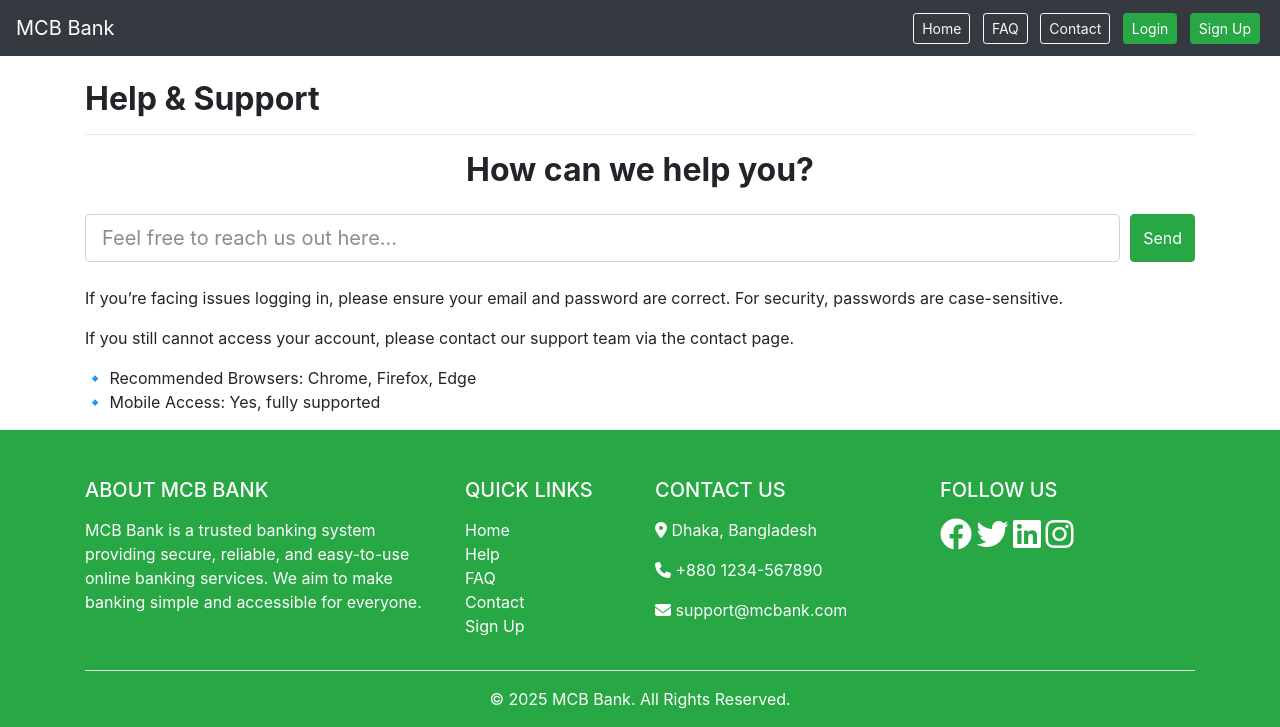
Repository: mhbshimla/my-bank
Page: http://localhost/help.php
An editor plug-in stored every save of this project. The page is shown before and after the next save, followed by the edit.
The browser window is 1280 px wide. The pictures show the whole page.
The page is run by PHP 8.4 with error messages shown; the project is at /var/www/html/.

Above is the page before, as saved 2025-10-20 21:50:44.

### help.php
<?php
$con = new mysqli('localhost', 'root', '', 'mybank');
$confirmation = "";

if ($_SERVER['REQUEST_METHOD'] === 'POST' && isset($_POST['message'])) {
  $message = $con->real_escape_string($_POST['message']);
  $query = "INSERT INTO contact_messages (name, email, message) VALUES ('Anonymous', 'anonymous@mcb.com', '$message')";
  if ($con->query($query)) {
    $confirmation = "<div class='alert alert-success text-center'>Thank you for reaching out. We'll get back to you soon.</div>";
  }
}
?>
<!DOCTYPE html>
<html>
<head>
  <title>Help - MCB Bank</title>
  <?php require 'assets/autoloader.php'; ?>
</head>
<body>
<nav class="navbar navbar-expand-lg navbar-dark bg-dark">
  <a class="navbar-brand" href="home.php">MCB Bank</a>
  <div class="ml-auto">
    <a href="home.php" class="btn btn-outline-light btn-sm mx-1">Home</a>
    <!-- <a href="aboutourbank.php" class="btn btn-outline-light btn-sm mx-1">About Us</a> -->
    <a href="faq.php" class="btn btn-outline-light btn-sm mx-1">FAQ</a>
    <!-- <a href="help.php" class="btn btn-outline-light btn-sm mx-1">Help</a> -->
    <a href="contact.php" class="btn btn-outline-light btn-sm mx-1">Contact</a>
    <a href="login.php" class="btn btn-success btn-sm mx-1">Login</a>
     <a href="signup.php" class="btn btn-success btn-sm mx-1">Sign Up</a>
  </div>
</nav>

<div class="container mt-4">
  <h2><strong>Help & Support</strong></h2>
  <hr>
    <h2 class="text-center mb-4"><strong>How can we help you?</strong></h2>
    <?= $confirmation ?>
  <form method="POST" action="help.php">
    <div class="d-flex input-group-lg mb-4" style="gap: 10px;">
      <input type="text" name="message" class="form-control" placeholder="Feel free to reach us out here..." required>
      <button type="submit" class="btn btn-success">Send</button>
    </div>
  </form>
  <p>
    If you’re facing issues logging in, please ensure your email and password are correct.
    For security, passwords are case-sensitive.
  </p>
  <p>
    If you still cannot access your account, please contact our support team via the contact page.
  </p>
  <p>
    🔹 Recommended Browsers: Chrome, Firefox, Edge<br>
    🔹 Mobile Access: Yes, fully supported
  </p>
</div>

<!-- <footer class="bg-dark text-white text-center py-3">
  &copy; <?php echo date("Y"); ?> MCB Bank. All Rights Reserved.
</footer> -->
<footer class="bg-success text-white pt-5 pb-3 mt-auto">
  <div class="container">
    <div class="row">

      <!-- About Section -->
      <div class="col-md-4">
        <h5 class="text-uppercase mb-3">About MCB Bank</h5>
        <p>
          MCB Bank is a trusted banking system providing secure,
          reliable, and easy-to-use online banking services. We aim to make
          banking simple and accessible for everyone.
        </p>
      </div>

      <!-- Quick Links -->
      <div class="col-md-2">
        <h5 class="text-uppercase mb-3">Quick Links</h5>
        <ul class="list-unstyled">
          <li><a href="home.php" class="text-white text-decoration-none">Home</a></li>
          <li><a href="help.php" class="text-white text-decoration-none">Help</a></li>
          <li><a href="faq.php" class="text-white text-decoration-none">FAQ</a></li>
          <li><a href="contact.php" class="text-white text-decoration-none">Contact</a></li>
          <li><a href="signup.php" class="text-white text-decoration-none">Sign Up</a></li>
        </ul>
      </div>

      <!-- Contact Info -->
      <div class="col-md-3">
        <h5 class="text-uppercase mb-3">Contact Us</h5>
        <p><i class="fas fa-map-marker-alt"></i> Dhaka, Bangladesh</p>
        <p><i class="fas fa-phone"></i> +880 1234-567890</p>
        <p><i class="fas fa-envelope"></i> support@mcbank.com</p>
      </div>

      <!-- Social Media -->
      <div class="col-md-3">
        <h5 class="text-uppercase mb-3">Follow Us</h5>
        <a href="#" class="text-white me-3"><i class="fab fa-facebook fa-2x"></i></a>
        <a href="#" class="text-white me-3"><i class="fab fa-twitter fa-2x"></i></a>
        <a href="#" class="text-white me-3"><i class="fab fa-linkedin fa-2x"></i></a>
        <a href="#" class="text-white"><i class="fab fa-instagram fa-2x"></i></a>
      </div>

    </div>
    <hr class="bg-light">
    <div class="text-center">
      &copy; <?php echo date("Y"); ?> MCB Bank. All Rights Reserved.
    </div>
  </div>
</footer>
<link rel="stylesheet" href="https://cdnjs.cloudflare.com/ajax/libs/font-awesome/6.4.0/css/all.min.css">

</body>
</html>

### assets/autoloader.php

<link rel="stylesheet" type="text/css" href="css/bootstrap.min.css">
<link rel="stylesheet" type="text/css" href="css/custom.css">
<link rel="stylesheet" type="text/css" href="font-awesome/css/font-awesome.min.css">
<script src='js/jquery-3.2.1.min.js'></script>
<script src='js/popper.min.js'></script>
<script src='js/bootstrap.min.js'></script>

### css/custom.css
.omit1{background: rgba(0,0,0,0.1);}
.omit2{background: rgba(0,0,0,0.2);}
.omit3{background: rgba(0,0,0,0.3);}
.omit4{background: rgba(0,0,0,0.4);}
.omit5{background: rgba(0,0,0,0.5);}
.omit6{background: rgba(0,0,0,0.6);}
.omit7{background: rgba(0,0,0,0.7);}
.omit8{background: rgba(0,0,0,0.8);}
.omit9{background: rgba(0,0,0,0.9);}

.shadowBlack{box-shadow: 2px 2px 11px black}
.shadowGreen{box-shadow: 2px 2px 11px green}
.shadowBlue{box-shadow: 2px 2px 11px blue}
.shadowWhite{box-shadow: 2px 2px 11px white}

Loaded but not shown: css/bootstrap.min.css (library); font-awesome/css/font-awesome.min.css (library); js/jquery-3.2.1.min.js (library); js/popper.min.js (library); js/bootstrap.min.js (library)

After the next save:
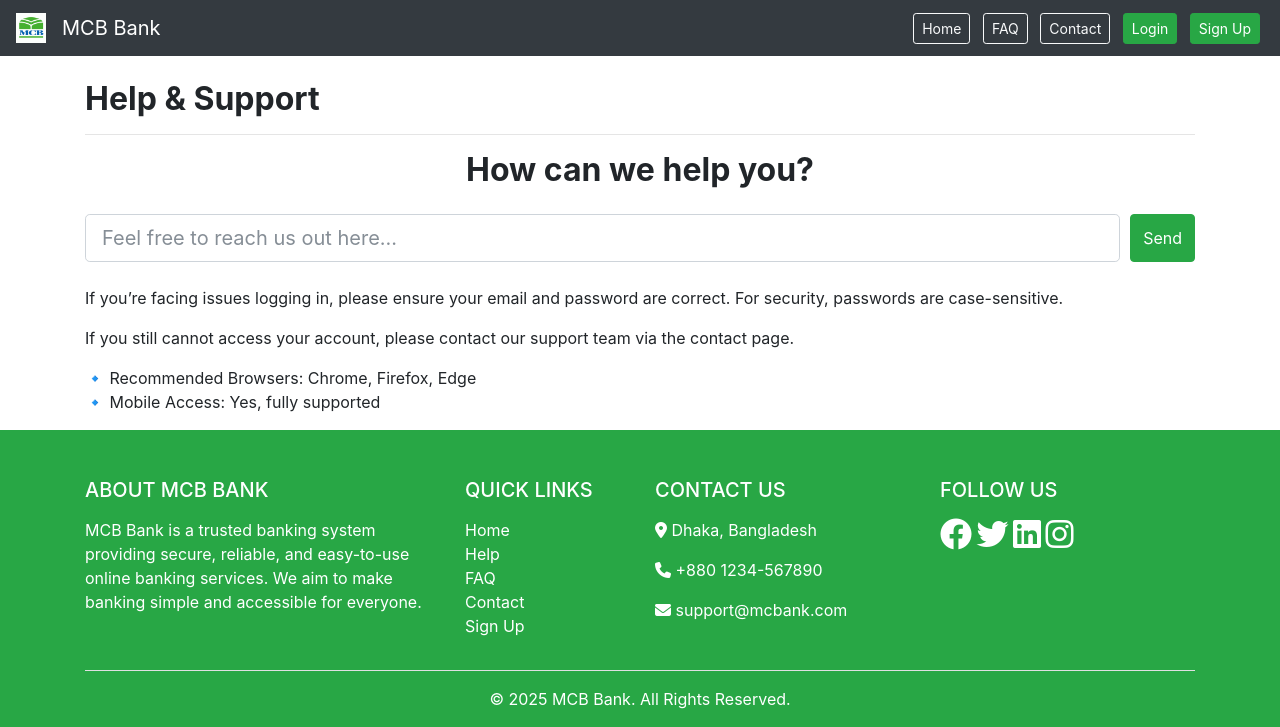
Saved 47 s later.
--- a/help.php
+++ b/help.php
@@ -18,6 +18,9 @@ if ($_SERVER['REQUEST_METHOD'] === 'POST' && isset($_POST['message'])) {
 </head>
 <body>
 <nav class="navbar navbar-expand-lg navbar-dark bg-dark">
+  <a class="navbar-brand" href="#">
+    <img src="images/logo.png" width="30" height="30" class="d-inline-block align-top" alt="">
+  </a>
   <a class="navbar-brand" href="home.php">MCB Bank</a>
   <div class="ml-auto">
     <a href="home.php" class="btn btn-outline-light btn-sm mx-1">Home</a>
